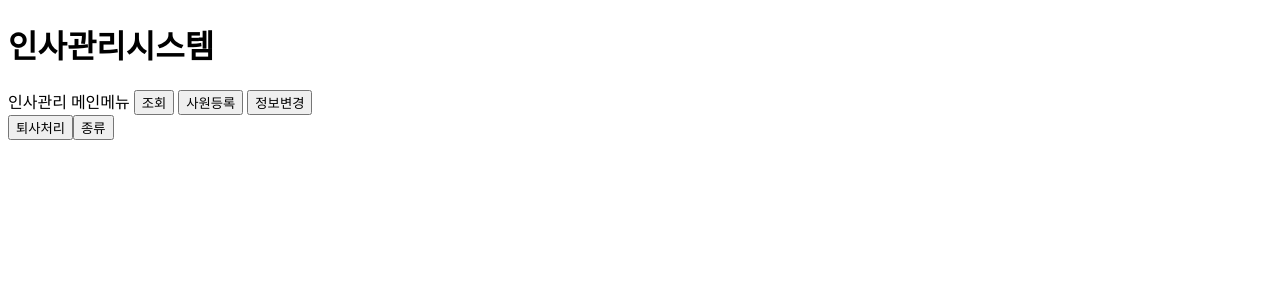
Repository: Namyunha/Oracle-Study
Page: http://localhost/test1_practice/
The author's editor kept a copy of each file at every save. The page is drawn from the files as they stood at one save, then again after the next save.
The browser window is 1280 px wide. The pictures show the whole page.
The page is served by Tomcat 9.

Above is the page before, as saved 2023-08-04 03:36:50.

After the next save:
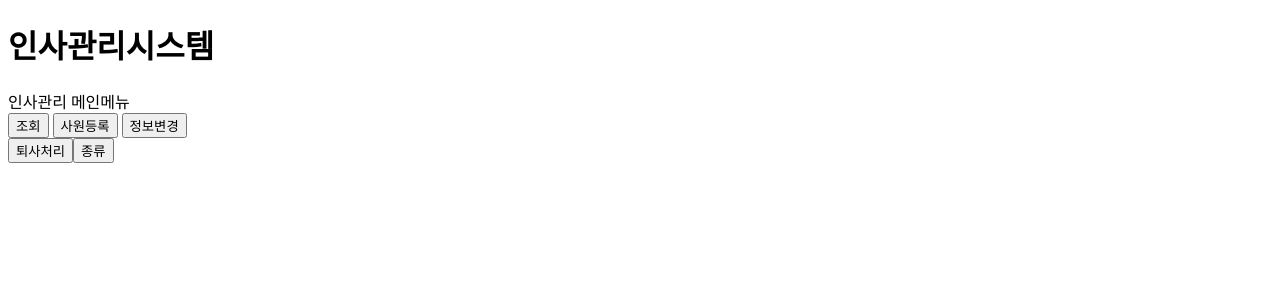
Saved 41 s later.
--- a/test1_practice/src/main/webapp/index.jsp
+++ b/test1_practice/src/main/webapp/index.jsp
@@ -8,7 +8,7 @@
 </head>
 <body>
 <h1>인사관리시스템</h1>
-<label>인사관리 메인메뉴</label>
+<label>인사관리 메인메뉴</label><br>
 <button>조회</button> <button>사원등록</button> <button>정보변경</button> <br>
 <button>퇴사처리</button><button>종류</button>
 </body>
